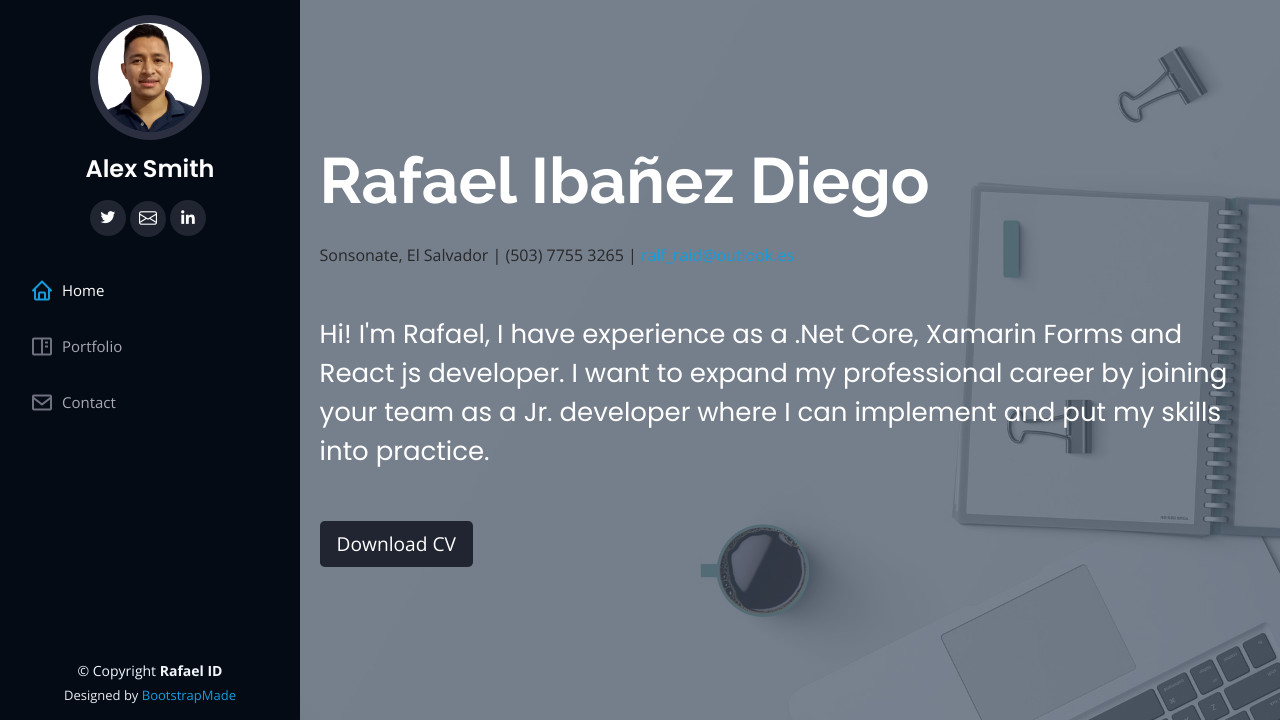
Repository: ralfId/myportfolio
Page: /index
The author's editor kept a copy of each file at every save. The page is drawn from the files as they stood at one save, then again after the next save.
The browser window is 1280 px wide. The pictures show the whole page.
The project was rebuilt for these pictures with package versions that can differ from the ones it lists, and the page was loaded fresh each time. Also part of the build but not shown: src/data/projects.js, src/components/Projects/ProjectItem.js, src/components/Projects/ProjectIndex.js, src/helpers/ProjectById.js, src/components/Projects/ProjectDetail.js.

Above is the page before, as saved 2021-09-20 18:30:01.

After the next save:
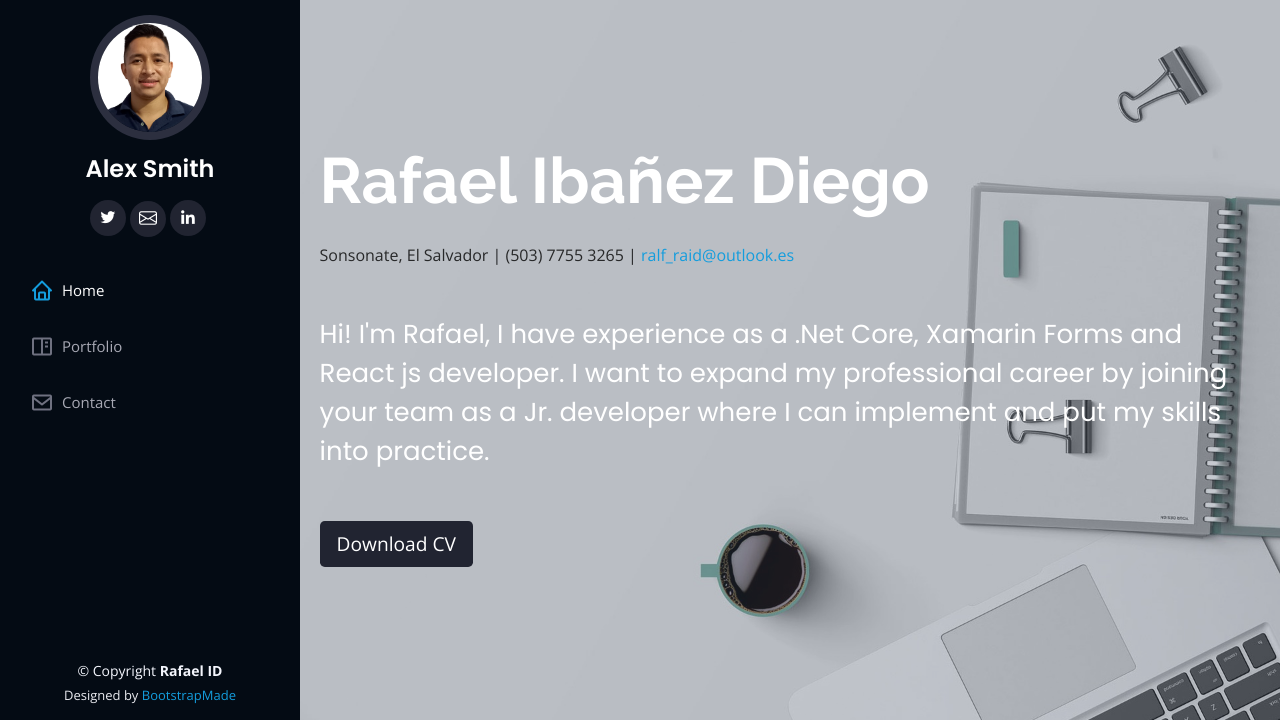
Saved 5 min 6 s later.
--- a/public/css/style.css
+++ b/public/css/style.css
@@ -246,7 +246,7 @@ h6 {
 
   #hero:before {
     content: "";
-    background: rgba(68, 81, 99, 0.7);
+    background: rgba(68, 81, 99, 0.3);
     position: absolute;
     bottom: 0;
     top: 0;
